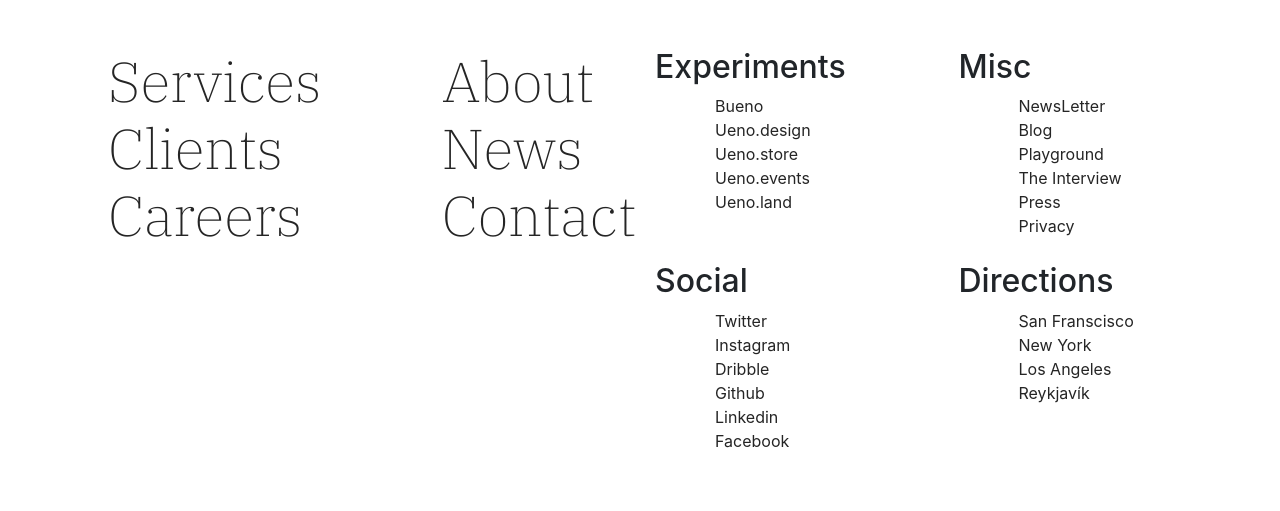
Repository: DeepaPrasanna/UenoClone
Page: /
These files come from the project's save history. The page is drawn as it stood at one moment and after the next save; the edit follows.
The browser window is 1280 px wide. The pictures show the whole page.
The project was rebuilt for these pictures with package versions that can differ from the ones it lists, and the page was loaded fresh each time. Also part of the build but not shown: src/components/Layout/Header.js.

Above is the page before, as saved 2021-05-04 13:35:23.

### public/index.html
<!DOCTYPE html>
<html lang="en">
  <head>
    <meta charset="utf-8" />
    <link rel="icon" href="%PUBLIC_URL%/favicon.ico" />
    <meta name="viewport" content="width=device-width, initial-scale=1" />
    <meta name="theme-color" content="#000000" />
    <meta name="description" content="Web site created using create-react-app" />
    <link rel="apple-touch-icon" href="%PUBLIC_URL%/logo192.png" />
    <!--
      manifest.json provides metadata used when your web app is installed on a
      user's mobile device or desktop. See https://developers.google.com/web/fundamentals/web-app-manifest/
    -->
    <link rel="manifest" href="%PUBLIC_URL%/manifest.json" />
    <!-- Bootstrap -->
    <link
      rel="stylesheet"
      href="https://cdn.jsdelivr.net/npm/bootstrap@4.6.0/dist/css/bootstrap.min.css"
      integrity="sha384-B0vP5xmATw1+K9KRQjQERJvTumQW0nPEzvF6L/Z6nronJ3oUOFUFpCjEUQouq2+l"
      crossorigin="anonymous"
    />
    <!-- font awesome -->
    <link
      rel="stylesheet"
      href="https://cdnjs.cloudflare.com/ajax/libs/font-awesome/5.15.3/css/all.min.css"
      integrity="sha512-iBBXm8fW90+nuLcSKlbmrPcLa0OT92xO1BIsZ+ywDWZCvqsWgccV3gFoRBv0z+8dLJgyAHIhR35VZc2oM/gI1w=="
      crossorigin="anonymous"
    />
    <!--
      Notice the use of %PUBLIC_URL% in the tags above.
      It will be replaced with the URL of the `public` folder during the build.
      Only files inside the `public` folder can be referenced from the HTML.

      Unlike "/favicon.ico" or "favicon.ico", "%PUBLIC_URL%/favicon.ico" will
      work correctly both with client-side routing and a non-root public URL.
      Learn how to configure a non-root public URL by running `npm run build`.
    -->
    <title>React App</title>
  </head>
  <body>
    <noscript>You need to enable JavaScript to run this app.</noscript>
    <div id="root"></div>
    <!--
      This HTML file is a template.
      If you open it directly in the browser, you will see an empty page.

      You can add webfonts, meta tags, or analytics to this file.
      The build step will place the bundled scripts into the <body> tag.

      To begin the development, run `npm start` or `yarn start`.
      To create a production bundle, use `npm run build` or `yarn build`.
    -->
  </body>
</html>

### src/index.js
import React from "react";
import ReactDOM from "react-dom";
import "./index.css";
import App from "./App";
import reportWebVitals from "./reportWebVitals";
import "bootstrap/dist/css/bootstrap.min.css";

ReactDOM.render(<App />, document.getElementById("root"));

// If you want to start measuring performance in your app, pass a function
// to log results (for example: reportWebVitals(console.log))
// or send to an analytics endpoint. Learn more: https://bit.ly/CRA-vitals
reportWebVitals();

### src/index.css
@import url("https://fonts.googleapis.com/css2?family=IBM+Plex+Serif:wght@200&display=swap");

.contact-button {
  background-color: #cf3f74 !important;
}

.screen-first-column {
  font-size: 56px;
  line-height: 67px;
  font-family: "IBM Plex Serif";
  font-style: normal;
  font-weight: 200;
  src: url("https://fonts.gstatic.com/s/ibmplexserif/v9/jizAREVNn1dOx-zrZ2X3pZvkTi3Q-iI0q1s.woff2") format("woff2");
}
.screen-links {
  color: #252525;
  padding: 0px 60px !important;
}
.nav-link:hover {
  color: #252525;
}
.screen-links::before {
  transform: translate(103%, 0px);
}

.screens-second-column-columns{
  flex: none;
  align-self: stretch;
  padding-left: 15px;
  padding-right: 15px;
  width: 100%;
  margin-bottom: 3em;
  width: 50%;
  max-width: 220px;

}

### src/App.js
import { Container } from "react-bootstrap";

import MainLayout from "./components/Layout/MainLayout";

function App() {
  return (
    <div className="App">
      <MainLayout />
    </div>
  );
}

export default App;

### src/components/Layout/MainLayout.js
import React from "react";

import Header from "./Header";
import Screen from "./Screen";

const MainLayout = () => {
  return (
    <div>
      {/* <Header /> */}
      <Screen />
    </div>
  );
};

export default MainLayout;

### src/components/Layout/Screen.js
import React from "react";

import { Container, Row, Col, Nav } from "react-bootstrap";

const Screen = () => {
  return (
    <Container fluid className="p-5 vh-100">
      <Row>
        <Col sm={6} className="d-flex flex-md-row screen-first-column">
          <Nav className="flex-column">
            <Nav.Link href="#" className="screen-links">
              Services
            </Nav.Link>
            <Nav.Link href="#" className="screen-links">
              Clients
            </Nav.Link>
            <Nav.Link href="#" className="screen-links">
              Careers
            </Nav.Link>
          </Nav>
          <Nav className="flex-column">
            <Nav.Link href="#" className="screen-links">
              About
            </Nav.Link>
            <Nav.Link href="#" className="screen-links">
              News
            </Nav.Link>

            <Nav.Link href="#" className="screen-links">
              Contact
            </Nav.Link>
          </Nav>
        </Col>
        <Col sm={6}>
          <Row>
            <Col className="screens-second-column-columns">
              <h2>Experiments</h2>
              <Nav>
                <Nav.Link href="#" className="screen-links">
                  Bueno
                </Nav.Link>
                <Nav.Link href="#" className="screen-links">
                  Ueno.design
                </Nav.Link>
                <Nav.Link href="#" className="screen-links">
                  Ueno.store
                </Nav.Link>
                <Nav.Link href="#" className="screen-links">
                  Ueno.events
                </Nav.Link>
                <Nav.Link href="#" className="screen-links">
                  Ueno.land
                </Nav.Link>
              </Nav>
            </Col>
            <Col>
              <h2>Misc</h2>
              <Nav>
                <Nav.Link href="#" className="screen-links">
                  NewsLetter
                </Nav.Link>
                <Nav.Link href="#" className="screen-links">
                  Blog
                </Nav.Link>
                <Nav.Link href="#" className="screen-links">
                  Playground
                </Nav.Link>
                <Nav.Link href="#" className="screen-links">
                  The Interview
                </Nav.Link>
                <Nav.Link href="#" className="screen-links">
                  Press
                </Nav.Link>
                <Nav.Link href="#" className="screen-links">
                  Privacy
                </Nav.Link>
              </Nav>
            </Col>
          </Row>
          <Row>
            <Col>
              <h2>Social</h2>
              <Nav>
                <Nav.Link href="#" className="screen-links">
                  Twitter
                </Nav.Link>
                <Nav.Link href="#" className="screen-links">
                  Instagram
                </Nav.Link>
                <Nav.Link href="#" className="screen-links">
                  Dribble
                </Nav.Link>
                <Nav.Link href="#" className="screen-links">
                  Github
                </Nav.Link>
                <Nav.Link href="#" className="screen-links">
                  Linkedin
                </Nav.Link>
                <Nav.Link href="#" className="screen-links">
                  Facebook
                </Nav.Link>
              </Nav>
            </Col>
            <Col>
              <h2>Directions</h2>
              <Nav>
                <Nav.Link href="#" className="screen-links">
                  San Franscisco
                </Nav.Link>
                <Nav.Link href="#" className="screen-links">
                  New York
                </Nav.Link>
                <Nav.Link href="#" className="screen-links">
                  Los Angeles
                </Nav.Link>
                <Nav.Link href="#" className="screen-links">
                  Reykjavík
                </Nav.Link>
              </Nav>
            </Col>
          </Row>
        </Col>
      </Row>
    </Container>
  );
};

export default Screen;

Loaded but not shown: src/reportWebVitals.js (common file)

After the next save:
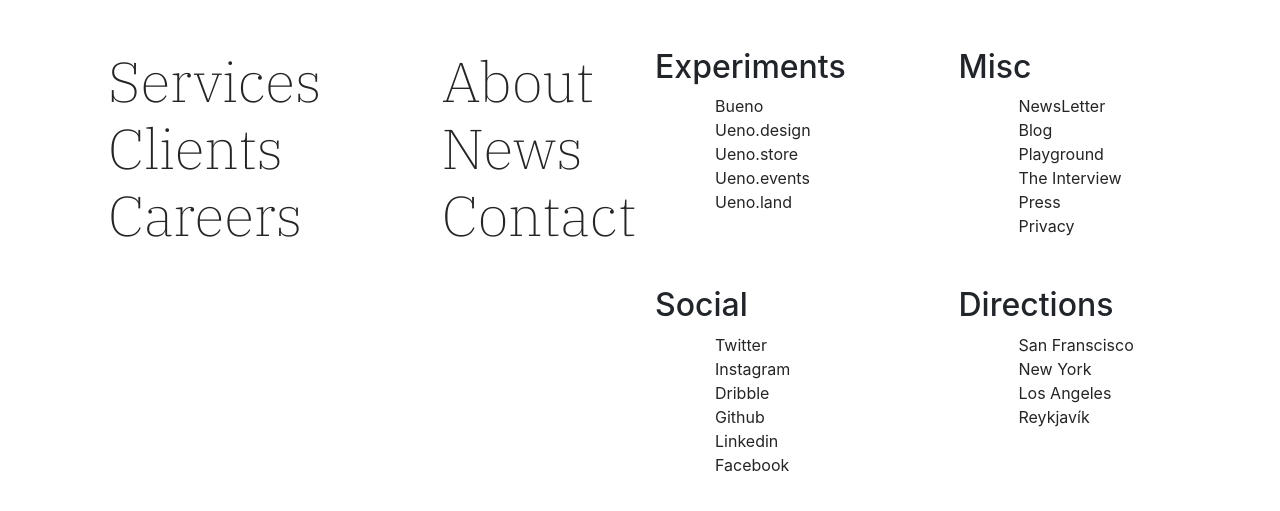
Saved 55 s later.
--- a/src/components/Layout/Screen.js
+++ b/src/components/Layout/Screen.js
@@ -53,7 +53,7 @@
                 </Nav.Link>
               </Nav>
             </Col>
-            <Col>
+            <Col className="screens-second-column-columns">
               <h2>Misc</h2>
               <Nav>
                 <Nav.Link href="#" className="screen-links">
@@ -78,7 +78,7 @@
             </Col>
           </Row>
           <Row>
-            <Col>
+            <Col className="screens-second-column-columns">
               <h2>Social</h2>
               <Nav>
                 <Nav.Link href="#" className="screen-links">
@@ -101,7 +101,7 @@
                 </Nav.Link>
               </Nav>
             </Col>
-            <Col>
+            <Col className="screens-second-column-columns">
               <h2>Directions</h2>
               <Nav>
                 <Nav.Link href="#" className="screen-links">
